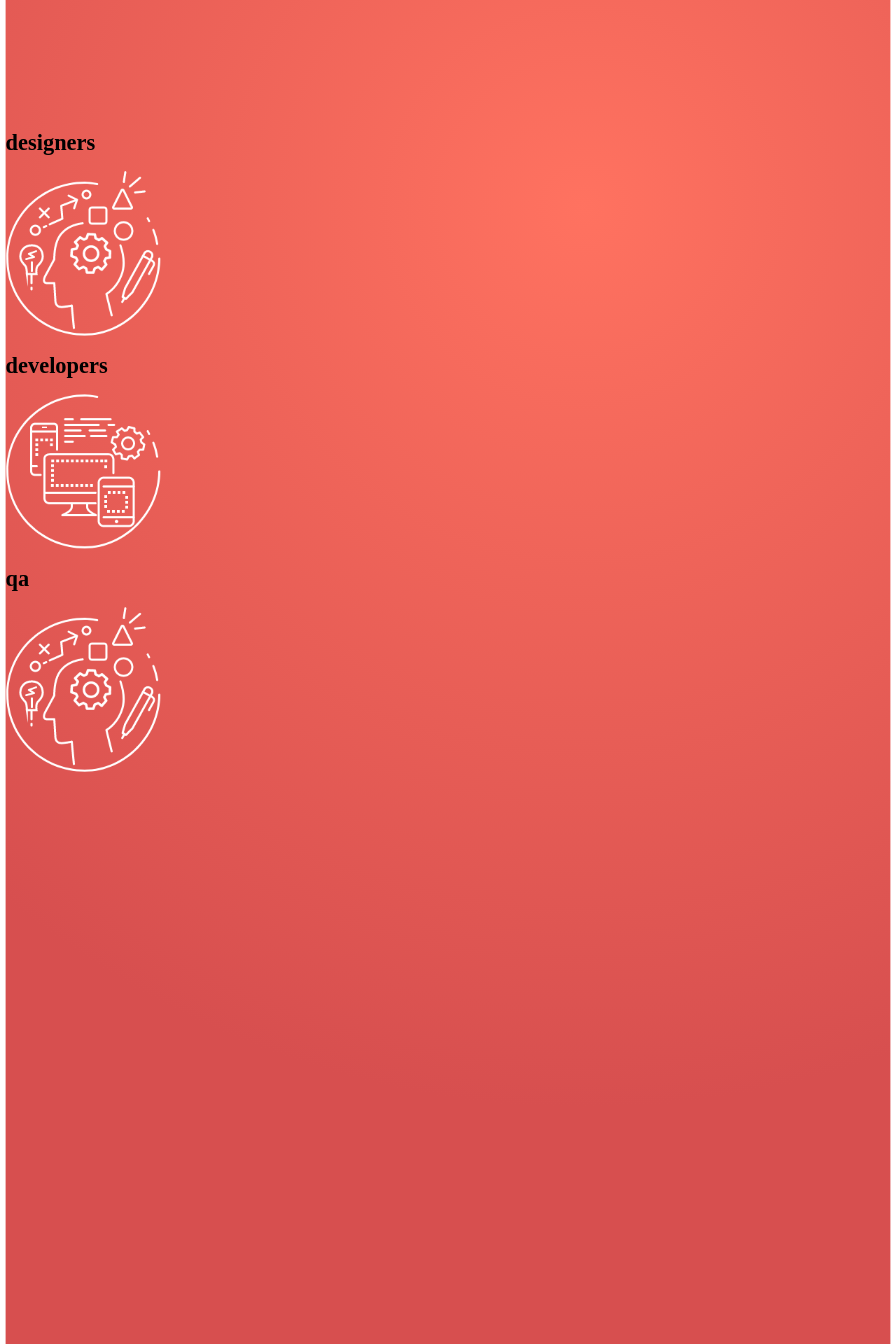
Repository: batonAnton/Ukiepro_girl
Page: MainPage.html
The author's editor kept a copy of each file at every save. The page is drawn from the files as they stood at one save, then again after the next save.
The browser window is 1280 px wide. The pictures show the part of the page from y = 1659 to 3579 px (the page is 3787 px tall), at 70% of full size.

Above is the page before, as saved 2020-03-15 16:50:43.

### MainPage.html
<!DOCTYPE html>
<html lang="en">
  <head>
    <meta charset="UTF-8" />
    <meta name="viewport" content="width=device-width, initial-scale=1.0" />
    <title>Main Page</title>
    <link rel="stylesheet" href="./Css/style.css" />
  </head>
  <body>
    <div>
      <div class="block1">
        <nav>
          <a href="">services</a>
          <a href="">about</a>
          <a href="">portfolio</a>
          <a href="">contact</a>
        </nav>
        <div class="big_logo">
          <img src="./img/Combined_Shape.png" alt="" />

          <div class="btn_block1">
            <p>
              Automating your <br />
              business is up to
            </p>

            <button>Contact us</button>
          </div>
        </div>
        <div class="girl">
          <img src="./img/girl.png" alt="" />
        </div>
      </div>

      <div class="container block2">
        <div class="block2_info">
          <div class="block2_img">
            <img src="/img/block2_logo.png" alt="" />
          </div>

          <div class="weare">
            <h1>we are</h1>
            <p>
              Business is not about success but about efficiency! <br />
              We are engaged in the implementation of automated <br />
              solutions for commercially-oriented projects. We <br />
              redesign in order to save your time and money.
            </p>
            <button>More about us</button>
          </div>
        </div>

        <div class="three_img_info">
          <div class="same_img_info">
            <h1>designers</h1>
            <img src="./img/designer.png" alt="">
            <p></p>
          </div>

          <div class="same_img_info">
            <h1>developers</h1>
            <img src="./img/developers.png" alt="">
            <p></p>
          </div>

          <div class="same_img_info">
            <h1>qa </h1>
            <img src="./img/designer.png" alt="">
            <p></p>
          </div>

        </div>
      </div>
    </div>
  </body>
</html>

### Css/style.css
* {
  max-width: 100%;
}
button {
  width: 220px;
  height: 60px;
  border: none;
  border-radius: 33px;
  background-image: linear-gradient(180deg, #ff8067 0%, #df3939 100%);
  color: #ffffff;
  font-family: "Museo -700";
  font-size: 20px;
}
.container {
  max-width: 100%;
  margin-left: auto;
  margin-right: auto;
}
.block1 {
  width: 100%;
  height: 920px;
  position: relative;
  box-shadow: -8px 1px 116px rgba(0, 0, 0, 0.21);
  background-image: radial-gradient(
    circle 1673px at 29.24% 114.02%,
    #22466c 0%,
    #0e1f39 100%
  );
  /* opacity: -1; */
  z-index: 2;
}

.block1 nav {
  max-width: 100%;
  width: 1050px;
  margin-left: auto;
  margin-right: auto;
  margin-top: 0;
  padding-top: 40px;

  height: 19px;
  text-align: right;
  color: #ffffff;
  font-family: "Museo 500- Regular";
  font-size: 16px;
  font-weight: 400;
  letter-spacing: 0.89px;
}
.block1 nav a {
  width: 446px;
  height: 19px;
  color: #ffffff;
  font-family: "Museo 500- Regular";
  font-size: 16px;
  font-weight: 400;
  letter-spacing: 0.84px;
  /* Text style for "Services" */
  letter-spacing: 0.89px;
  text-transform: capitalize;
}

.block1 nav a + a {
  margin-left: 30px;
}
.big_logo {
  margin: 0 auto;
  max-width: 100%;
  width: 1200px;
  text-align: center;
}
.block1 img {
  max-width: 100%;
  width: 1226px;
  height: 309px;
  margin: 0 auto;
  padding-top: 75px;
  margin-left: auto;
  margin-right: auto;
}

p {
  margin-block-start: 0em;
  margin-block-end: 0em;
}

.block1 p {
  width: 350px;
  height: 103px;
  opacity: 0.8;
  color: #ffffff;
  font-family: "Exo 2.0- Bold";
  font-size: 30px;
  font-weight: 700;
  letter-spacing: -0.03px;
  line-height: 40px;
}
.block1 button {
  width: 220px;
  height: 60px;
  border: none;
  border-radius: 33px;
  background-image: linear-gradient(180deg, #ff8067 0%, #df3939 100%);
  color: #ffffff;
  font-family: "Museo -700";
  font-size: 20px;
}
.btn_block1 {
  text-align: left;
  margin-left: 50px;
  margin-top: 80px;
}
.block1 button {
  margin-top: 50px;
}

.block1 .girl img {
  width: 729px;
  height: 957px;
  position: absolute;
  top: 25%;
  left: 35%;
}

.block2 {
  width: 1922px;
  height: 2851px;
  background-image: radial-gradient(
    circle 1288px at 65.32% 35.97%,
    #ff7260 0%,
    #d74f4f 100%
  );
  z-index: 0;
}
.block2_info {
  height: 895px;
  width: 1200px;
  margin-left: auto;
  margin-right: auto;
}

.block2_img {
  width: 1306px;
  height: 895px;
  left: -25%;
  top: 85%;
  position: absolute;
}

.weare {
  float: right;
  margin: 10% 20%;
}

.weare h1 {
  height: 70px;
  color: #242f3a;
  font-family: "Exo 2.0- Bold";
  font-size: 60px;
  font-weight: 700;
  letter-spacing: 0.52px;
  text-transform: uppercase;
}

.weare p {
  height: 219px;
  /* opacity: 0.9; */
  color: #ffffff;
  font-family: "Museo 500- Regular";
  font-size: 18px;
  font-weight: 400;
  letter-spacing: 0.48px;
  line-height: 32px;
  /* Text style for "Business i" */
  font-family: "Museo -700";
}

.block2_info button{
  width: 220px;
height: 60px;
border-radius: 33px;
border: 3px solid #ffffff;
}

After the next save:
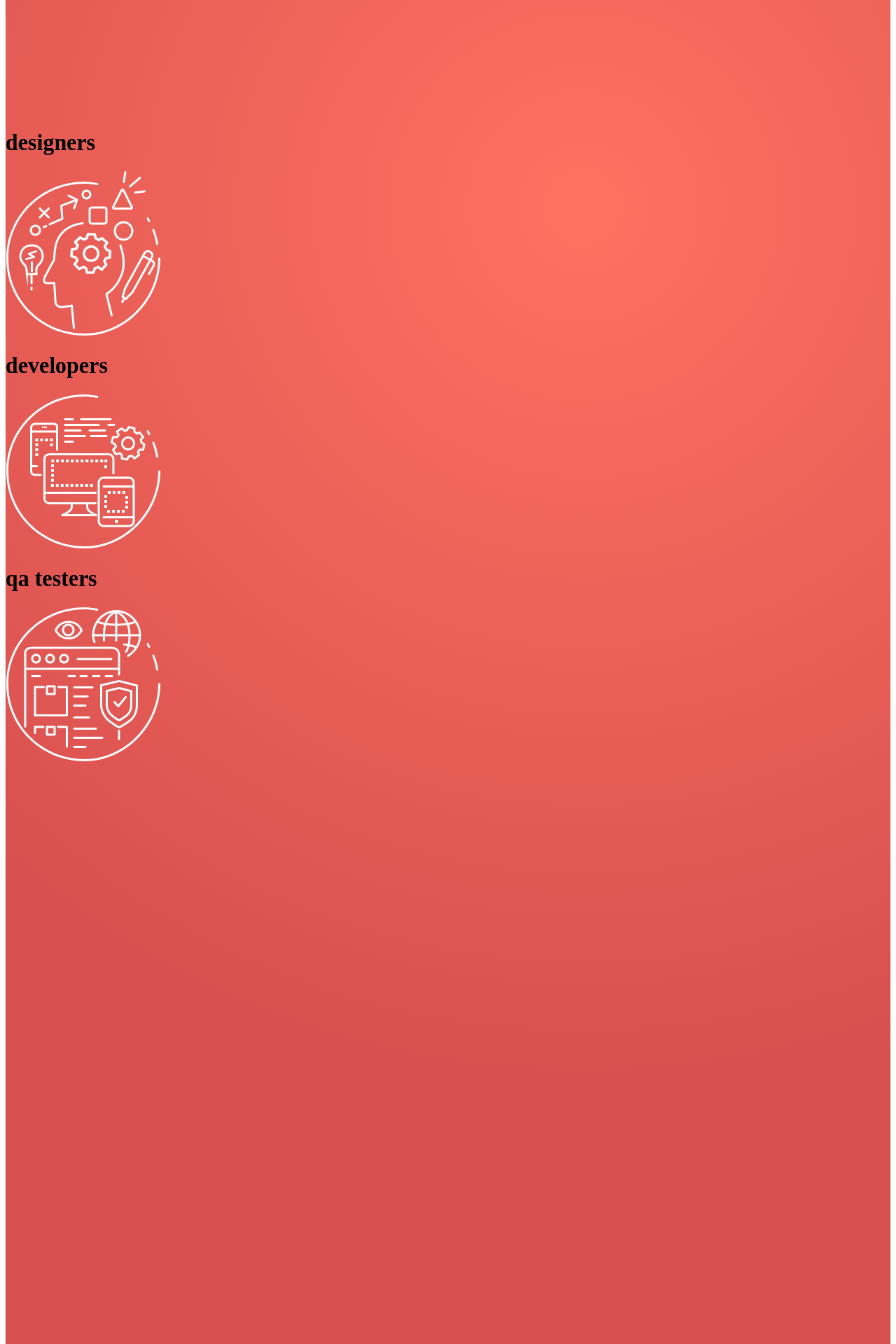
Saved 6 min 39 s later.
--- a/MainPage.html
+++ b/MainPage.html
@@ -50,25 +50,24 @@
           </div>
         </div>
 
-        <div class="three_img_info">
+        <div class="container  three_img_info">
           <div class="same_img_info">
             <h1>designers</h1>
-            <img src="./img/designer.png" alt="">
+            <img src="./img/designer.png" alt="" />
             <p></p>
           </div>
 
           <div class="same_img_info">
             <h1>developers</h1>
-            <img src="./img/developers.png" alt="">
+            <img src="./img/developers.png" alt="" />
             <p></p>
           </div>
 
           <div class="same_img_info">
-            <h1>qa </h1>
-            <img src="./img/designer.png" alt="">
+            <h1>qa testers</h1>
+            <img src="./img/qa.png" alt="" />
             <p></p>
           </div>
-
         </div>
       </div>
     </div>
